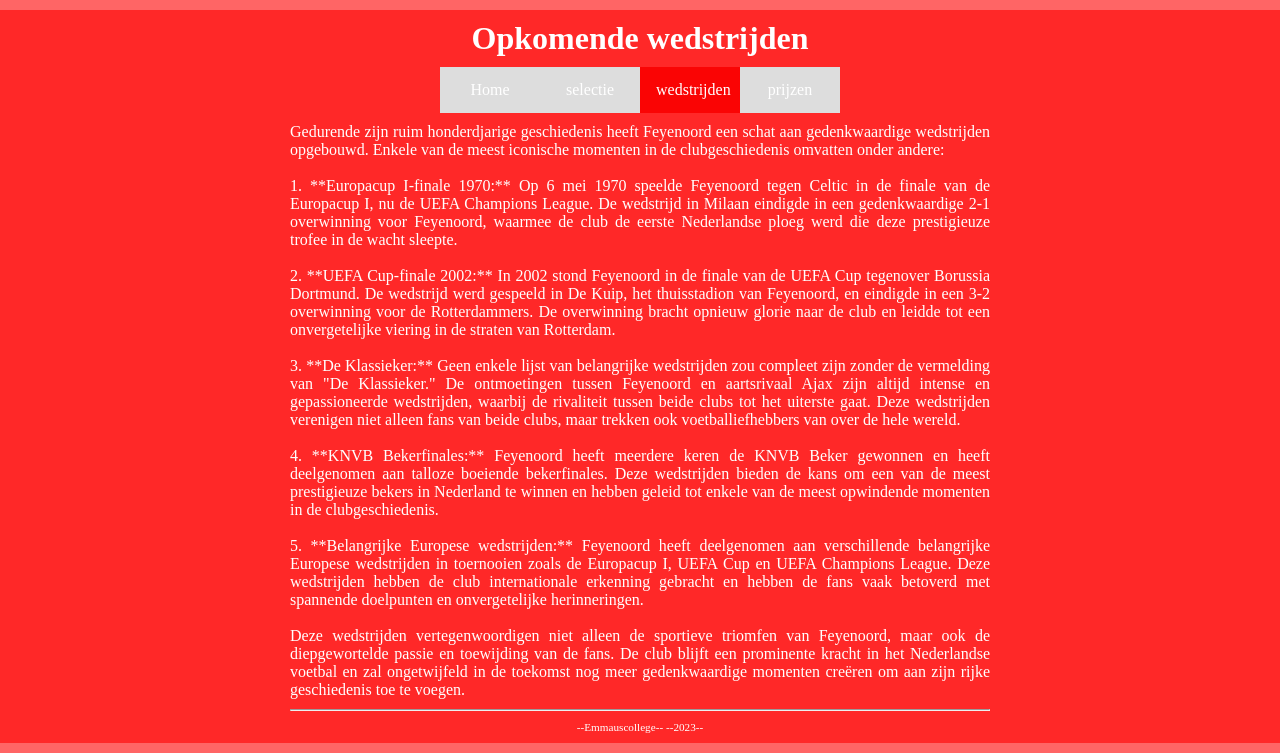
Repository: Manoize/ManoIze
Page: info.html
These files come from the project's save history. The page is drawn as it stood at one moment and after the next save; the edit follows.
The browser window is 1280 px wide. The pictures show the whole page.

Above is the page before, as saved 2023-10-24 10:23:26.

### info.html
<!DOCTYPE html>

<html lang="nl">

<head>
  <link rel="stylesheet" href="style.css" />
  <title>Dit is een eenvoudige website</title>
  <meta charset="UTF-8" />
</head>

<body>
  <div class="page">

    <header>
      <h1>Opkomende wedstrijden</h1>
    </header>

    <nav>
      <ul>
        <li><a  href="index.html">Home</a></li>
        <li><a href="overmij.html">selectie</a></li>
        <li><a class="active" href="info.html">wedstrijden</a></li>
        <li><a href="prijzen.html">prijzen</a></li>
      </ul>
    </nav>

    <main>
      <p>Gedurende zijn ruim honderdjarige geschiedenis heeft Feyenoord een schat aan gedenkwaardige wedstrijden opgebouwd. Enkele van de meest iconische momenten in de clubgeschiedenis omvatten onder andere:<br>
        <br>
        1. **Europacup I-finale 1970:** Op 6 mei 1970 speelde Feyenoord tegen Celtic in de finale van de Europacup I, nu de UEFA Champions League. De wedstrijd in Milaan eindigde in een gedenkwaardige 2-1 overwinning voor Feyenoord, waarmee de club de eerste Nederlandse ploeg werd die deze prestigieuze trofee in de wacht sleepte.<br>
        <br>
        2. **UEFA Cup-finale 2002:** In 2002 stond Feyenoord in de finale van de UEFA Cup tegenover Borussia Dortmund. De wedstrijd werd gespeeld in De Kuip, het thuisstadion van Feyenoord, en eindigde in een 3-2 overwinning voor de Rotterdammers. De overwinning bracht opnieuw glorie naar de club en leidde tot een onvergetelijke viering in de straten van Rotterdam.<br>
        <br>
        3. **De Klassieker:** Geen enkele lijst van belangrijke wedstrijden zou compleet zijn zonder de vermelding van "De Klassieker." De ontmoetingen tussen Feyenoord en aartsrivaal Ajax zijn altijd intense en gepassioneerde wedstrijden, waarbij de rivaliteit tussen beide clubs tot het uiterste gaat. Deze wedstrijden verenigen niet alleen fans van beide clubs, maar trekken ook voetballiefhebbers van over de hele wereld.<br>
        <br>
        4. **KNVB Bekerfinales:** Feyenoord heeft meerdere keren de KNVB Beker gewonnen en heeft deelgenomen aan talloze boeiende bekerfinales. Deze wedstrijden bieden de kans om een van de meest prestigieuze bekers in Nederland te winnen en hebben geleid tot enkele van de meest opwindende momenten in de clubgeschiedenis.<br>
        <br>
        5. **Belangrijke Europese wedstrijden:** Feyenoord heeft deelgenomen aan verschillende belangrijke Europese wedstrijden in toernooien zoals de Europacup I, UEFA Cup en UEFA Champions League. Deze wedstrijden hebben de club internationale erkenning gebracht en hebben de fans vaak betoverd met spannende doelpunten en onvergetelijke herinneringen.<br>
        <br>
        Deze wedstrijden vertegenwoordigen niet alleen de sportieve triomfen van Feyenoord, maar ook de diepgewortelde passie en toewijding van de fans. De club blijft een prominente kracht in het Nederlandse voetbal en zal ongetwijfeld in de toekomst nog meer gedenkwaardige momenten creëren om aan zijn rijke geschiedenis toe te voegen.<br> </p>
    </main>

    <footer>
      <hr />
      <p class="smalltext">--Emmauscollege-- --2023--</p>
    </footer>

</div>
</body>

</html>

### style.css
/* Instellingen tussen commentaar zijn handig om fouten te helpen vinden, uncomment om aan te zetten */

/* zorg dat elke box een gestippelde rand krijgt,
   zodat je de afmeting goed kunt zien,
   letop 1: dit kan de layout soms kan wijzigen
   letop 2: laat 1 sterretje voor { staan als je commentaar weghaalt */
/*  * {border: 1px dotted black;}   */

/* zorg dat elke box een doorzichtige donkere achtergrond krijgt,
   hoe meer boxen in elkaar hoe donkerder de achtergrondkleur
   letop: laat 1 sterretje voor { staan als je commentaar weghaalt */
/*  * {background-color: rgba(0,0,0,5%);}  */

/* Basisinstellingen voor alle pagina's, alleen aanpassen als je pro wilt worden */

* {                                        /* geldt voor alles */
  box-sizing: border-box;                  /* zorg dat border meetelt bij de width en height van boxen */
  margin: 0px;                             /* standaard marge 0 */
}

html, body {                      /* geldt voor html en body */
  margin: 0px;                    /* standaard marge 0 */
  background-color: #ff00009a;    /* achtergrondkleur lichtgrijs */
  color: #ffffff;               /* tekstkleur donkergrijs */
}



body {

}

div {                             /* geldt voor div */
  overflow: hidden;               /* zorgt dat DIV de hoogte krijgt van wat erin zit (anders tellen de floats erin niet mee voor de hoogte en wordt dus wel eens hoogte 0) */
}

/* Indeling voor alle pagina's */

.page {
  width: 700px;                   /* vaste breedte van 700 pixels */
  margin: 10px auto;              /* boven en onder 10 pixels marge, links en rechts marge gelijk verdeeld (gecentreerd) */
}

header, footer {                  /* geldt voor header en footer */
  margin: 10px 0px;
}

main {
  text-align: justify;            /* tekst uitvullen */}

h1, h2, h3 {                      /* geldt voor h1 en h2 en h3 */
  margin: 10px 0px;
  text-align: center;             /* tekst centreren */
}

p {
  margin: 10px 0px;
  text-align: justify;            /* tekst links en rechts uitvullen */
}

img {
  margin: 10px 0px;
}

/* Indeling voor hoofd pagina */

/* .item {} */ /* hier doen we nog niks mee, dat mag je zelf toevoegen */

.item-plaatje {
  float:left;
  width:250px;
  padding-right: 15px; /* zorgt dat plaatje niet tegen tekst komt */
}
.item-tekst {
  float:right;
  width: 450px;
}

/* Indeling voor sub pagina */

/* Opmaak voor alle pagina's */

h1, h2, h3 {
      color: rgb(255, 255, 255);
}

.smalltext {
    text-align: center;
    font-size: 0.7em;
}

a {
    color: rgb(255, 255, 255);
    text-decoration: none;
}

a:hover {
    text-decoration: underline;
}

/* Opmaak voor sub pagina's */

/* Navigatiebalk voor alle pagina's */
nav ul {
    list-style-type: none;
    margin: auto;
    padding: 0;
    width: 400px;
    background-color: #dddddd;
    overflow: hidden;
}

nav ul li {
    float: left;

}

nav li a {
    display: block;
    color: white;
    text-align: center;
    padding: 14px 16px;
    width: 100px;
    text-decoration: none;
}

nav li a:hover {
    background-color: #808080;
}

nav li a.active {
    background-color: rgb(250, 4, 4);
}

After the next save:
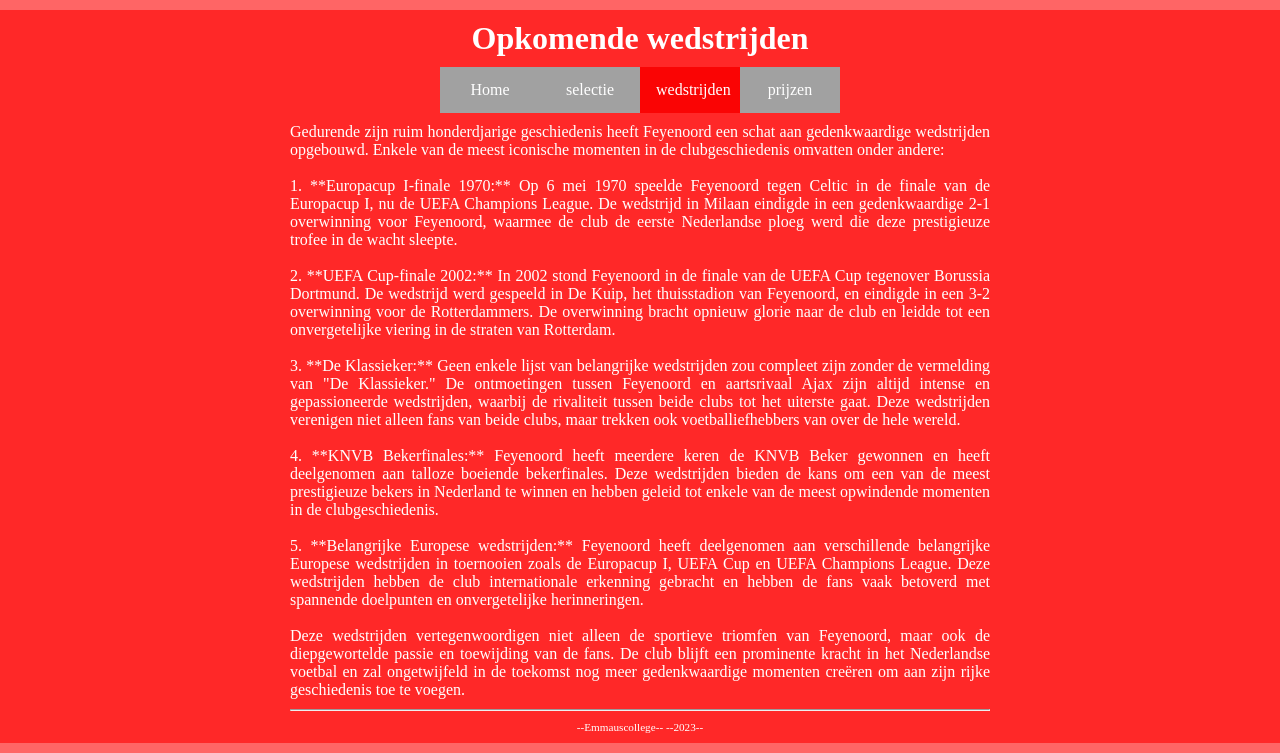
Saved 2 min 31 s later.
--- a/style.css
+++ b/style.css
@@ -106,7 +106,7 @@
     margin: auto;
     padding: 0;
     width: 400px;
-    background-color: #dddddd;
+    background-color: #a1a1a1;
     overflow: hidden;
 }
 
